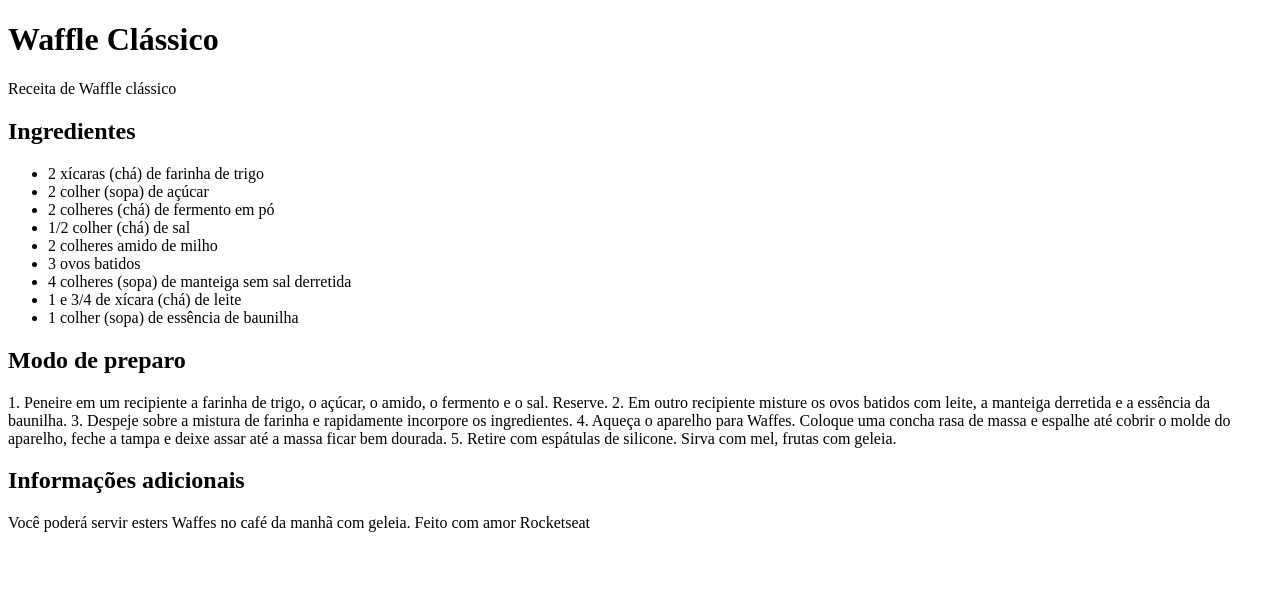
Repository: mferoc/MentoriaMais1CodeG7
Page: desafios-rocketseat-discover/Pagina_de_Receita/Página de Receita/index.html
These files come from the project's save history. The page is drawn as it stood at one moment and after a run of saves; the edit follows.
The browser window is 1280 px wide. The pictures show the whole page.

Above is the page before, as saved 2022-06-29 20:19:30.

After the next 7 saves:
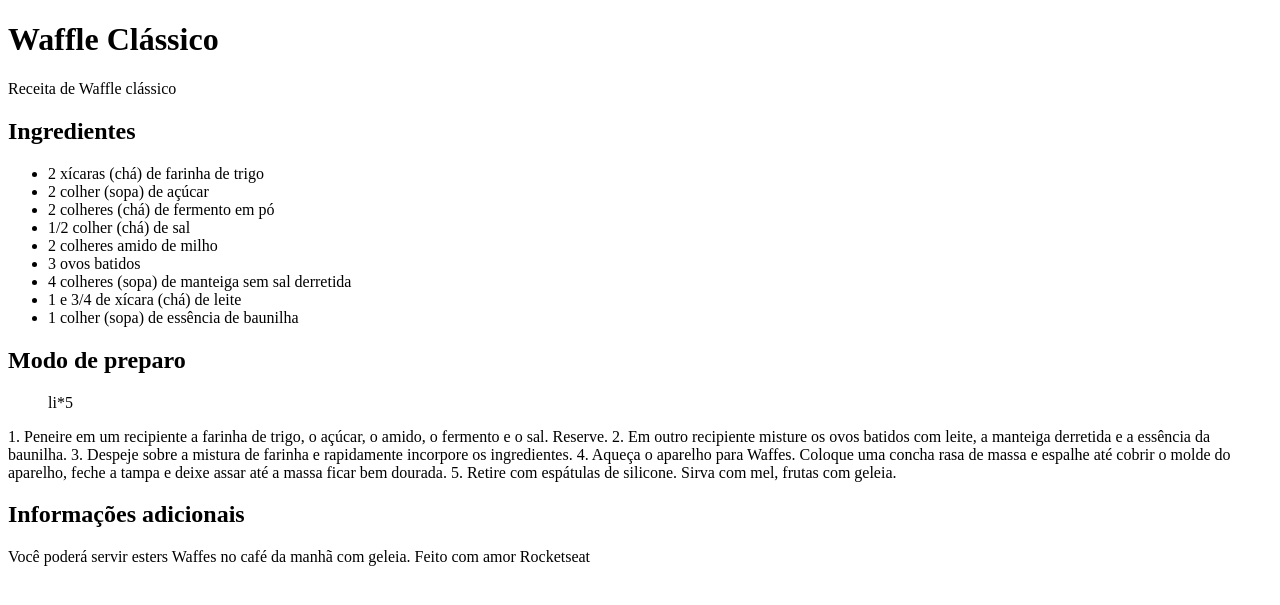
The 7 saves are shown as one change because they came seconds apart.
The last was saved 24 s later.
--- a/desafios-rocketseat-discover/Pagina_de_Receita/Página de Receita/index.html
+++ b/desafios-rocketseat-discover/Pagina_de_Receita/Página de Receita/index.html
@@ -29,6 +29,10 @@
 
 <h2>Modo de preparo</h2>
 
+<ol>
+    li*5
+
+</ol>
 1. Peneire em um recipiente a farinha de trigo, o açúcar, o amido, o fermento e o sal. Reserve.
 2. Em outro recipiente misture os ovos batidos com leite, a manteiga derretida e a essência da baunilha.
 3. Despeje sobre a mistura de farinha e rapidamente incorpore os ingredientes.
